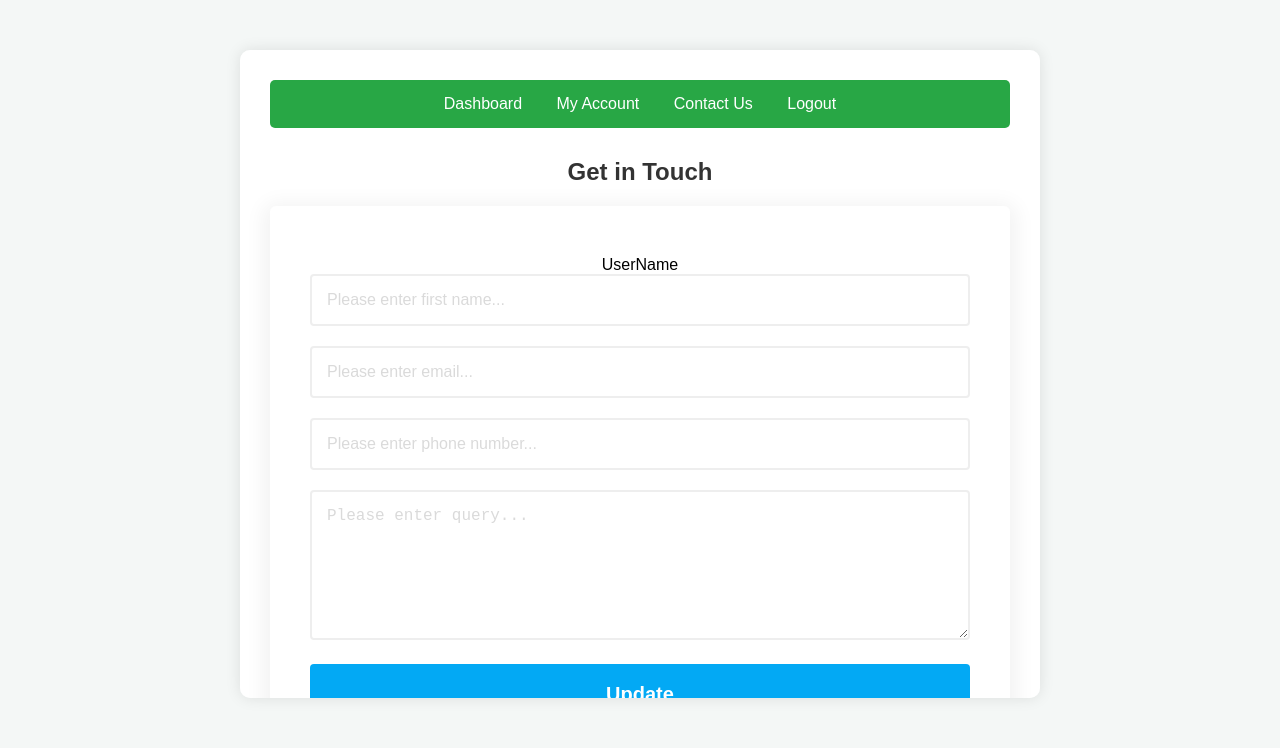
Repository: AmodhyaSharinda/java-CRUD
Page: http://localhost/java_project/updateConctactus.jsp
These files come from the project's save history. The page is drawn as it stood at one moment and after the next save; the edit follows.
The browser window is 1280 px wide. The pictures show the whole page.
An inner scrolling area shows only its first screen. The page is served by Tomcat 9. Other server files are loaded and not shown.

Above is the page before, as saved 2024-10-01 06:58:15.

### java_project/src/main/webapp/updateConctactus.jsp
<!DOCTYPE html>
<html lang="en">
<head>
  <meta charset="UTF-8">
  <meta name="viewport" content="width=device-width, initial-scale=1.0">
  <title>Contact Us</title>
  <style>
    * {
      margin: 0;
      padding: 0;
      box-sizing: border-box;
    }

    body {
      font-family: 'Arial', sans-serif;
      background: #f4f7f6;
    }

    .container {
      max-width: 800px; /* Set the same max-width */
      margin: 50px auto;
      background: #fff;
      padding: 30px;
      box-shadow: 0 0 15px rgba(0, 0, 0, 0.1);
      border-radius: 10px;
      overflow-y: auto; /* Enable vertical scrolling */
      max-height: 90vh; /* Limit the maximum height of the container */
    }

    h2 {
      margin-bottom: 20px;
      color: #333;
      text-align: center;
    }

    .nav-menu {
      background: #28a745;
      padding: 15px;
      border-radius: 5px;
      margin-bottom: 30px;
      text-align: center;
    }

    .nav-menu a {
      color: white;
      text-decoration: none;
      margin: 0 15px;
      font-size: 16px;
      transition: color 0.3s;
    }

    .nav-menu a:hover {
      text-decoration: underline;
      color: #d4edda;
    }

    .form-wrapper {
      background-color: white;
      padding: 50px 40px;
      box-shadow: rgba(0, 0, 0, 0.05) 0px 4px 20px 7px;
      border-radius: 6px;
      text-align: center;
    }

    .text-blk {
      margin: 0;
      line-height: 25px;
    }

    .input, .textinput {
      width: 100%;
      padding: 15px;
      border: 2px solid #eeeeee;
      font-size: 16px;
      color: black;
      border-radius: 4px;
      margin-bottom: 20px; /* Add some margin for spacing */
    }

    .textinput {
      min-height: 150px;
    }

    .submit-btn {
      width: 100%;
      background-color: #03a9f4;
      height: 60px;
      font-size: 20px;
      font-weight: 700;
      color: white;
      border: none;
      border-radius: 4px;
      cursor: pointer;
      transition: background 0.3s;
    }

    .submit-btn:hover {
      background-color: #0381fe;
    }

    .social-media-links {
      display: flex;
      justify-content: space-evenly;
      margin: 50px 0;
    }

    .link-img {
      width: 30px;
      height: 30px;
    }

    ::placeholder {
      color: #dadada;
    }

    @media (max-width: 768px) {
      .input, .textinput, .submit-btn {
        width: 100%;
      }
    }
  </style>
</head>
<body>

  <div class="container">
    <div class="nav-menu">
      <a href="dashboard.jsp">Dashboard</a>
      <a href="customerAccount.jsp">My Account</a>
      <a href="contactUs.jsp">Contact Us</a>
      <a href="logout.jsp">Logout</a>
    </div>

    <h2>Get in Touch</h2>

    <form action="contactInsert" method="post" class="form-wrapper">
       UserName
      <input class="input" name="UserName" placeholder="Please enter first name..." value="" required>
      <input class="input" name="Email" placeholder="Please enter email..." value=""  required>
      <input class="input" name="PhoneNumber" placeholder="Please enter phone number..." value=""  required>
	  <textarea class="textinput" name="Msg" placeholder="Please enter query..." required></textarea>
      <button type="submit" class="submit-btn">Update</button>
    </form>

    <div class="social-media-links">
      <a href="#"><img class="link-img" src="https://workik-widget-assets.s3.amazonaws.com/Footer1-83/v1/images/Icon-twitter.png" alt="Twitter"></a>
      <a href="#"><img class="link-img" src="https://workik-widget-assets.s3.amazonaws.com/Footer1-83/v1/images/Icon-facebook.png" alt="Facebook"></a>
      <a href="#"><img class="link-img" src="https://workik-widget-assets.s3.amazonaws.com/Footer1-83/v1/images/Icon-google.png" alt="Google"></a>
      <a href="#"><img class="link-img" src="https://workik-widget-assets.s3.amazonaws.com/Footer1-83/v1/images/Icon-instagram.png" alt="Instagram"></a>
    </div>
  </div>

</body>
</html>

After the next save:
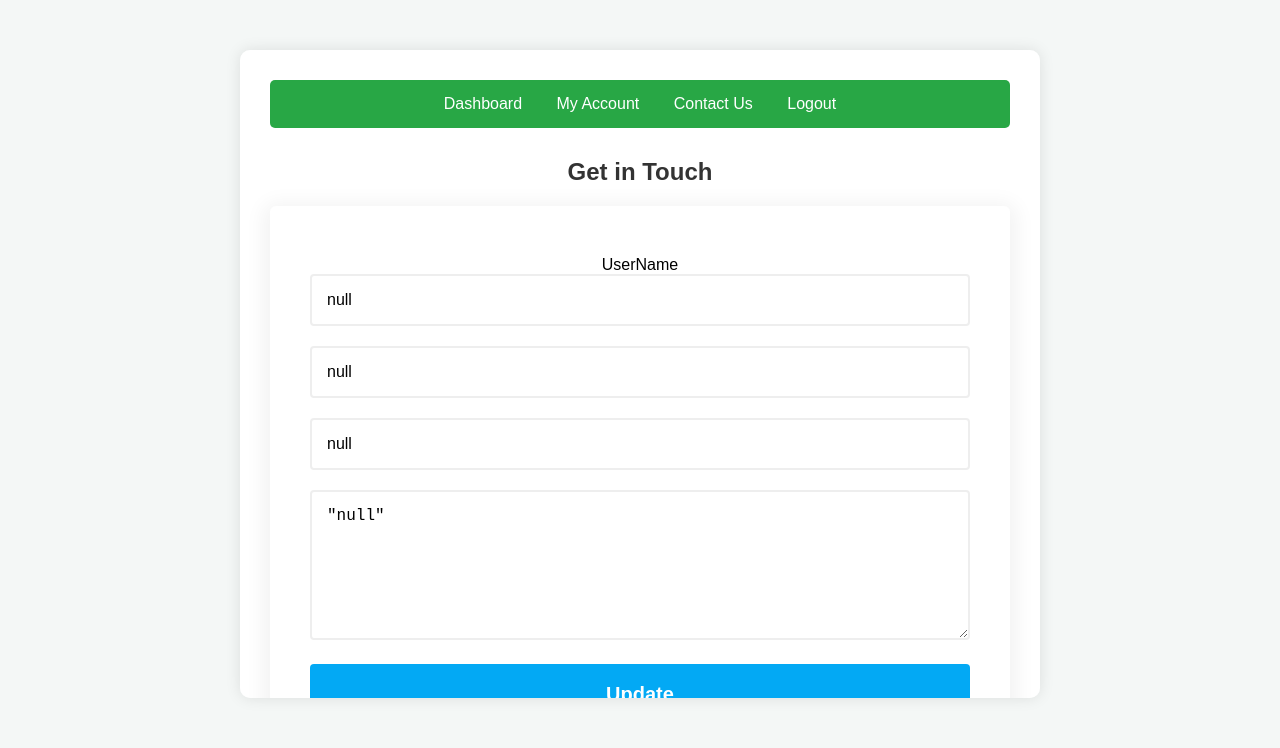
Saved 10 min 50 s later.
--- a/java_project/src/main/webapp/updateConctactus.jsp
+++ b/java_project/src/main/webapp/updateConctactus.jsp
@@ -121,6 +121,13 @@
   </style>
 </head>
 <body>
+	<%
+		String id = request.getParameter("id");
+		String name = request.getParameter("name");
+		String email = request.getParameter("email");
+		String phone = request.getParameter("phone");
+		String msg = request.getParameter("msg");
+	%>
 
   <div class="container">
     <div class="nav-menu">
@@ -134,10 +141,10 @@
 
     <form action="contactInsert" method="post" class="form-wrapper">
        UserName
-      <input class="input" name="UserName" placeholder="Please enter first name..." value="" required>
-      <input class="input" name="Email" placeholder="Please enter email..." value=""  required>
-      <input class="input" name="PhoneNumber" placeholder="Please enter phone number..." value=""  required>
-	  <textarea class="textinput" name="Msg" placeholder="Please enter query..." required></textarea>
+      <input class="input" name="UserName" placeholder="Please enter first name..." value="<%= name %>" required>
+      <input class="input" name="Email" placeholder="Please enter email..." value="<%= email %>"  required>
+      <input class="input" name="PhoneNumber" placeholder="Please enter phone number..." value="<%= phone %>"  required>
+	  <textarea class="textinput" name="Msg" placeholder="Please enter query..." required>"<%= msg %>"</textarea>
       <button type="submit" class="submit-btn">Update</button>
     </form>
 
